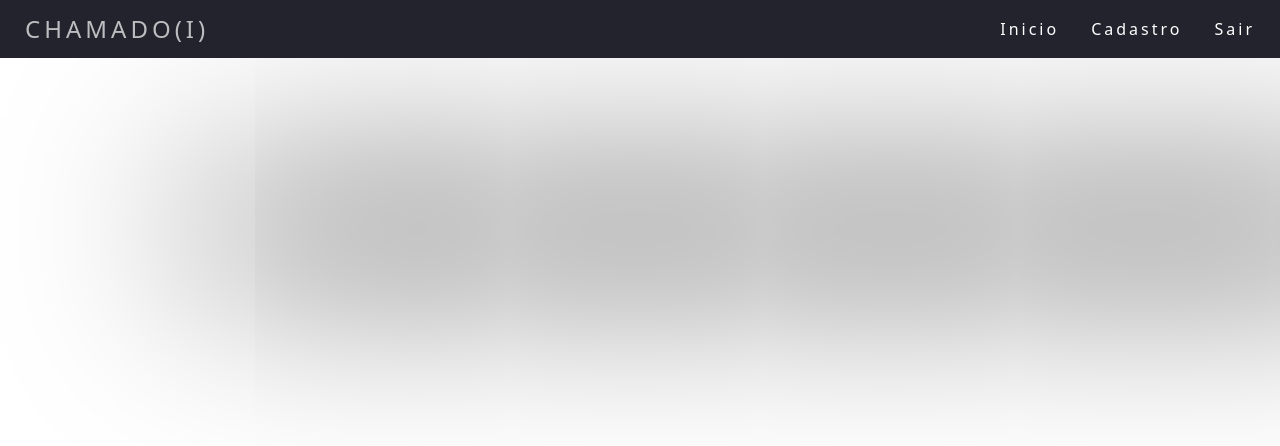
Repository: isaquemc2001/isaque-utilities
Page: index.html
The author's editor kept a copy of each file at every save. The page is drawn from the files as they stood at one save, then again after the next save.
The browser window is 1280 px wide. The pictures show the whole page.

Above is the page before, as saved 2021-10-28 11:43:38.

### index.html
<!DOCTYPE html>
<html lang="pt-br">

<head>
    <meta charset="UTF-8">
    <meta http-equiv="X-UA-Compatible" content="IE=edge">
    <meta name="viewport" content="width=device-width, initial-scale=1.0">
    <title>Chamado</title>
    <script src="https://cdn.jsdelivr.net/npm/bootstrap@5.0.2/dist/js/bootstrap.bundle.min.js"
        integrity="sha384-MrcW6ZMFYlzcLA8Nl+NtUVF0sA7MsXsP1UyJoMp4YLEuNSfAP+JcXn/tWtIaxVXM"
        crossorigin="anonymous"></script>
    <link rel="stylesheet" href="style.css">
</head>

<body>

    <header>
        <nav>
            <a class="logo" href="#">Chamado(i)</a>
            <div class="mobile-menu">
                <div class="line1"></div>
                <div class="line2"></div>
                <div class="line3"></div>
            </div>
            <ul class="nav-list">
                <li><a href="#">Inicio</a></li>
                <li><a href="#">Cadastro</a></li>
                <li><a href="#">Sair</a></li>
            </ul>
        </nav>
    </header>



    <script src="mobile_navbar.js"></script>

</body>

</html>

### style.css
* {
    margin: 0;
    padding: 0;
}

a {
    color: #FFFFFF;
    text-decoration: none;
    transition: 0.3s;
}

a:hover {
    opacity: 0.7;
}

.logo {
    font-size: 24px;
    text-transform: uppercase;
    letter-spacing: 4px;
    padding: 25px;
}

nav {
    display: flex;
    justify-content: space-between;
    align-items: center;
    font-family: system-ui, -apple-system, Helvetica, Arial, sans-serif;
    background: #23232e;
    height: 8vh;
    box-shadow: 200px 200px 200px black;
}

main {
    background: url("bg.jpg") no-repeat center center;
    background-size: cover;
    height: 92vh;
}

.nav-list {
    list-style: none;
    display: flex;
    padding: 25px;
    ;
}

.nav-list li {
    letter-spacing: 3px;
    margin-left: 32px;
}

.mobile-menu {
    display: none;
    cursor: pointer;
}

.mobile-menu div {
    width: 32px;
    height: 2px;
    background: #fff;
    margin: 8px;
    transition: 0.3s;
}

@media (max-width: 999px) {
    body {
        overflow-x: hidden;
    }
    .nav-list {
        position: absolute;
        top: 8vh;
        right: 0;
        width: 50vw;
        height: 92vh;
        background: #23232e;
        flex-direction: column;
        align-items: center;
        transform: translate(100%);
        transition: transform 0.3s ease-in;
    }
    .nav-list li {
        margin-left: 0;
        opacity: 0;
        letter-spacing: 3px;
        margin-top: 32px;
    }
    .mobile-menu {
        display: block;
        padding: 25px;
    }
}

.nav-list.active {
    transform: translateX(0);
}

@keyframes navLinkFade {
    from {
        opacity: 0;
        transform: translateX(50px);
    }
    to {
        opacity: 1;
        transform: translateX(0);
    }
}

.mobile-menu.active .line1 {
    transform: rotate(-45deg) translate(-8px, 8px);
}

.mobile-menu.active .line2 {
    opacity: 0;
}

.mobile-menu.active .line3 {
    transform: rotate(45deg) translate(-6px, -6px);
}

### mobile_navbar.js
class MobileNavbar {
    constructor(mobileMenu, navList, navLinks) {
        this.mobileMenu = document.querySelector(mobileMenu);
        this.navList = document.querySelector(navList);
        this.navLinks = document.querySelectorAll(navLinks);
        this.activeClass = "active";

        this.handleClick = this.handleClick.bind(this);
    }

    animateLinks() {
        this.navLinks.forEach((link, index) => {
            link.style.animation
            ? (link.style.animation = "")
            : (link.style.animation = 'navLinkFade 0.5s ease forwards 0.3s');
        });
    }

    handleClick() {
        this.navList.classList.toggle(this.activeClass);
        this.mobileMenu.classList.toggle(this.activeClass);
        this.animateLinks();
    }

    addClickEvent() {
        this.mobileMenu.addEventListener("click", this.handleClick);
    }

    init() {
        if (this.mobileMenu) {
            this.addClickEvent();
        }
        return this;
    }
}

const mobileNavbar = new MobileNavbar(
    ".mobile-menu",
    ".nav-list",
    ".nav-list li",
);

mobileNavbar.init();

After the next save:
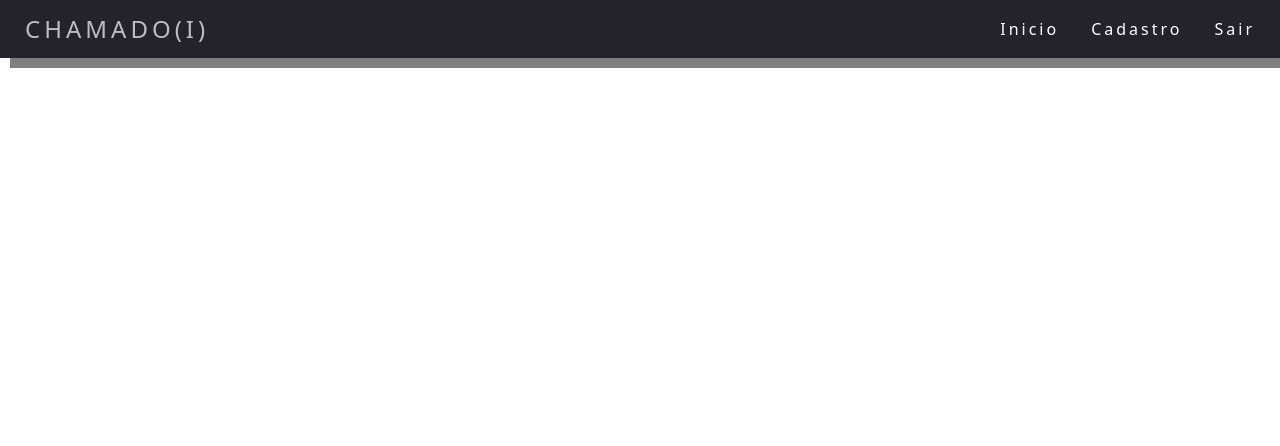
Saved 46 s later.
--- a/style.css
+++ b/style.css
@@ -27,7 +27,7 @@ nav {
     font-family: system-ui, -apple-system, Helvetica, Arial, sans-serif;
     background: #23232e;
     height: 8vh;
-    box-shadow: 200px 200px 200px black;
+    box-shadow: 10px 10px grey;
 }
 
 main {
